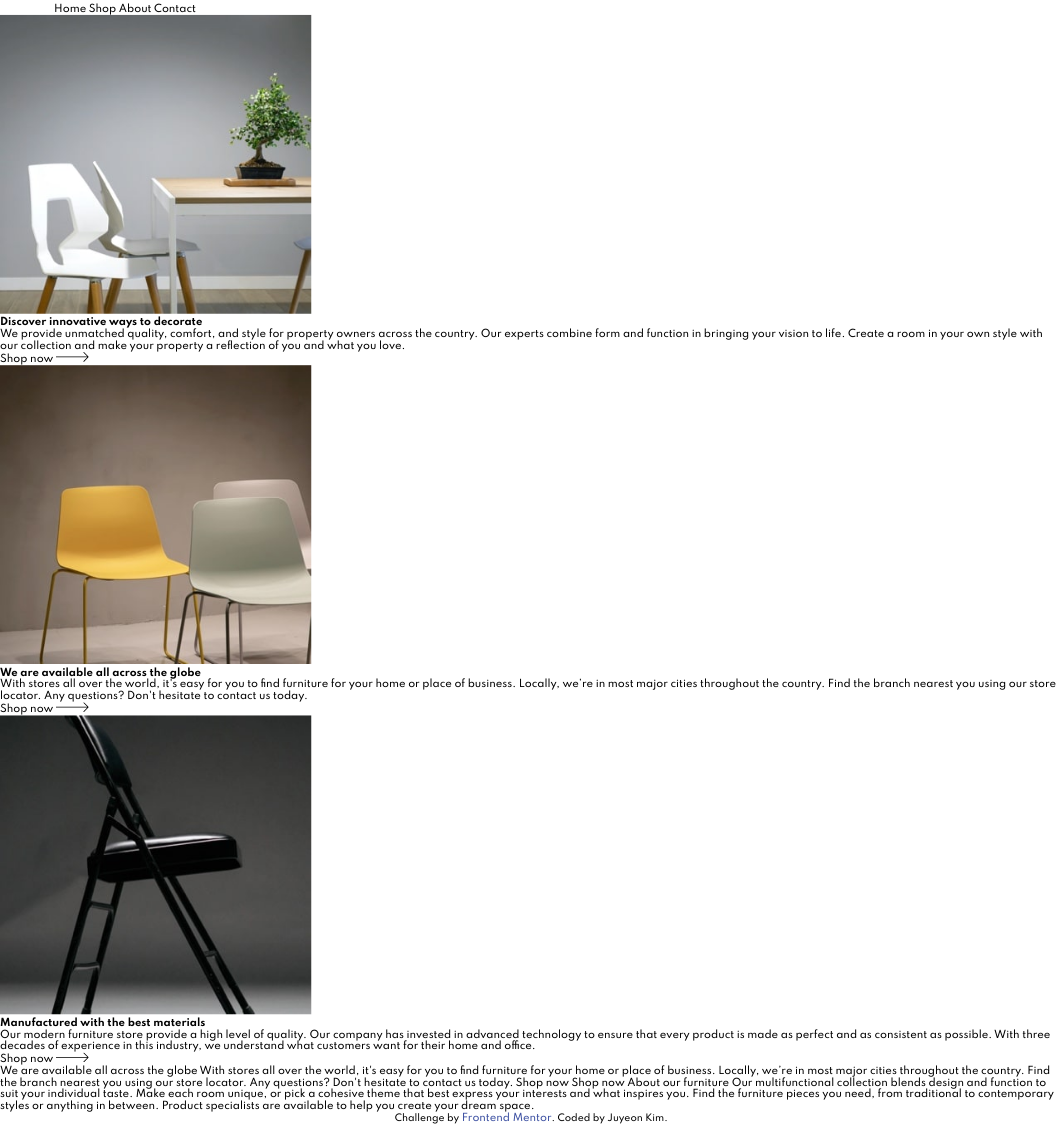
Repository: Jay-JYKim91/room-homepage-master
Page: index.html
These files come from the project's save history. The page is drawn as it stood at one moment and after the next save; the edit follows.
The browser window is 1280 px wide. The pictures show the whole page, at 83% of full size.

Above is the page before, as saved 2021-07-11 21:48:38.

### index.html
<!DOCTYPE html>
<html lang="en">
<head>
  <meta charset="UTF-8">
  <meta name="viewport" content="width=device-width, initial-scale=1.0"> <!-- displays site properly based on user's device -->
  <link rel="preconnect" href="https://fonts.googleapis.com">
  <link rel="preconnect" href="https://fonts.gstatic.com" crossorigin>
  <link href="https://fonts.googleapis.com/css2?family=Spartan:wght@500;600;700&display=swap" rel="stylesheet">
  <link rel="icon" type="image/png" sizes="32x32" href="./images/favicon-32x32.png">
  <link rel="stylesheet" href="style.css">
  <title>Room homepage</title>

</head>
<body>
  <header>
    <img src="./images/logo.svg" alt="logo">
    Home
    Shop
    About
    Contact
  </header>
  <body>
    <div class="slide">
      <div class="slide-img">
        <img src="./images/mobile-image-hero-1.jpg" alt="hero-1">
      </div>
      <div class="slide-text">
        <h1>Discover innovative ways to decorate</h1>
        <p>
          We provide unmatched quality, comfort, and style for property owners across the country.
          Our experts combine form and function in bringing your vision to life. Create a room in your
          own style with our collection and make your property a reflection of you and what you love.
        </p>
        <a href="#">
          Shop now
          <img src="./images/icon-arrow.svg" alt="arrow">
        </a>
      </div>
    </div>
    <div class="slide">
      <div class="slide-img">
        <img src="./images/mobile-image-hero-2.jpg" alt="hero-2">
      </div>
      <div class="slide-text">
        <h1>We are available all across the globe</h1>
        <p>
          With stores all over the world, it's easy for you to find furniture for your home or place of business.
          Locally, we’re in most major cities throughout the country. Find the branch nearest you using our
          store locator. Any questions? Don't hesitate to contact us today.
        </p>
        <a href="#">
          Shop now
          <img src="./images/icon-arrow.svg" alt="arrow">
        </a>
      </div>
    </div>
    <div class="slide">
      <div class="slide-img">
        <img src="./images/mobile-image-hero-3.jpg" alt="hero-3">
      </div>
      <div class="slide-text">
        <h1>Manufactured with the best materials</h1>
        <p>
          Our modern furniture store provide a high level of quality. Our company has invested in advanced technology
          to ensure that every product is made as perfect and as consistent as possible. With three decades of
          experience in this industry, we understand what customers want for their home and office.
        </p>
        <a href="#">
          Shop now
          <img src="./images/icon-arrow.svg" alt="arrow">
        </a>
      </div>
    </div>

  </body>





  We are available all across the globe

  With stores all over the world, it's easy for you to find furniture for your home or place of business.
  Locally, we’re in most major cities throughout the country. Find the branch nearest you using our
  store locator. Any questions? Don't hesitate to contact us today.

  Shop now





  Shop now

  About our furniture

  Our multifunctional collection blends design and function to suit your individual taste.
  Make each room unique, or pick a cohesive theme that best express your interests and what
  inspires you. Find the furniture pieces you need, from traditional to contemporary styles
  or anything in between. Product specialists are available to help you create your dream space.

  <div class="attribution">
    Challenge by <a href="https://www.frontendmentor.io?ref=challenge" target="_blank">Frontend Mentor</a>.
    Coded by Juyeon Kim.
  </div>
</body>
</html>

### style.css
:root {
  --body-font: "Spartan", sans-serif;

  --dark-gray: hsl(0, 0%, 63%);
  --black: hsl(0, 0%, 0%);
  --white: hsl(0, 0%, 100%);
  --very-dark-gray: hsl(0, 0%, 27%);
}

* {
  margin: 0;
  padding: 0;
  font-family: var(--body-font);
  font-size: 12px;
}

a {
  text-decoration: none;
  color: black;
}
.attribution {
  font-size: 11px;
  text-align: center;
}
.attribution a {
  color: hsl(228, 45%, 44%);
}

@media screen and (max-width: 800px) {
}

After the next save:
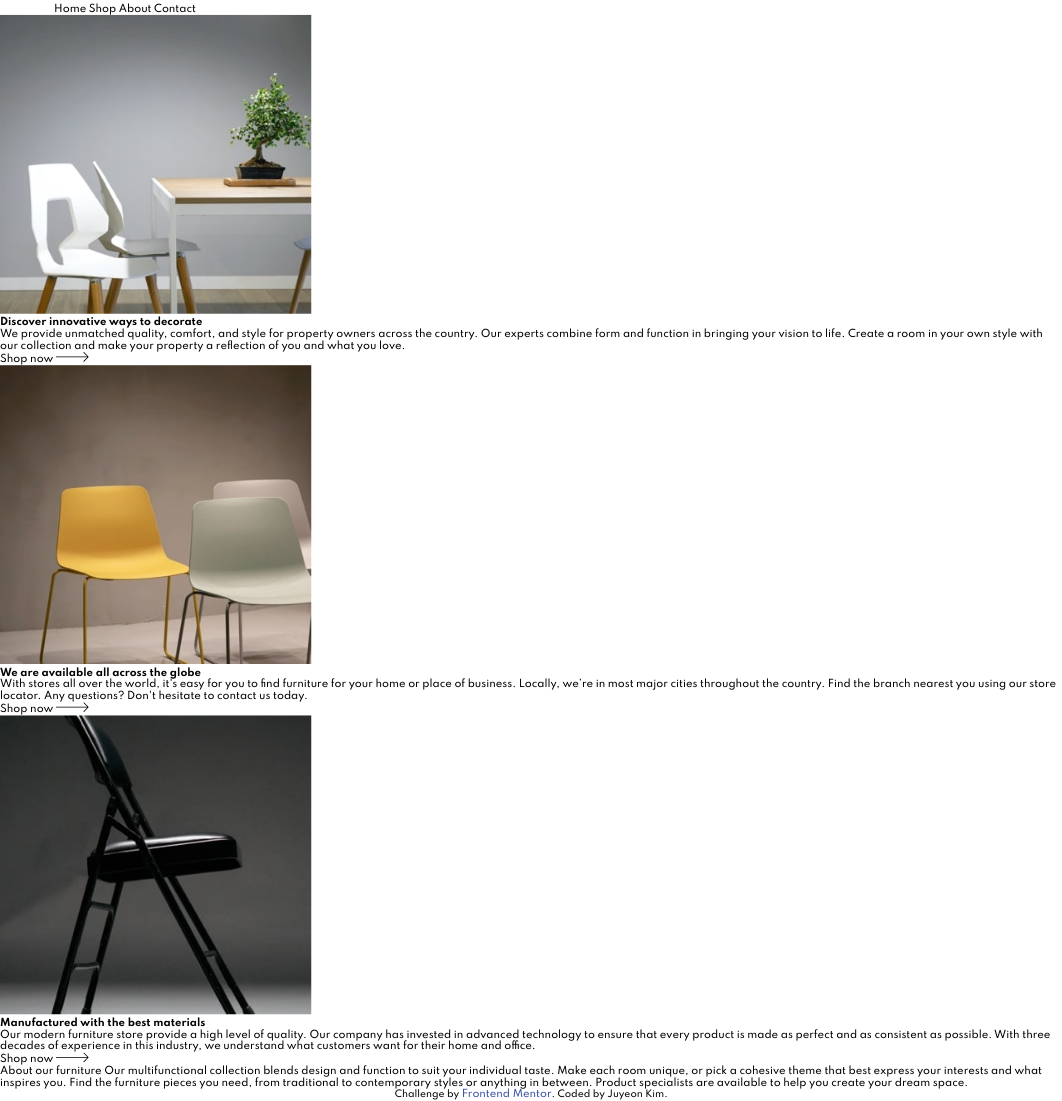
Saved 7 s later.
--- a/index.html
+++ b/index.html
@@ -76,22 +76,6 @@
 
 
 
-
-
-  We are available all across the globe
-
-  With stores all over the world, it's easy for you to find furniture for your home or place of business.
-  Locally, we’re in most major cities throughout the country. Find the branch nearest you using our
-  store locator. Any questions? Don't hesitate to contact us today.
-
-  Shop now
-
-
-
-
-
-  Shop now
-
   About our furniture
 
   Our multifunctional collection blends design and function to suit your individual taste.
